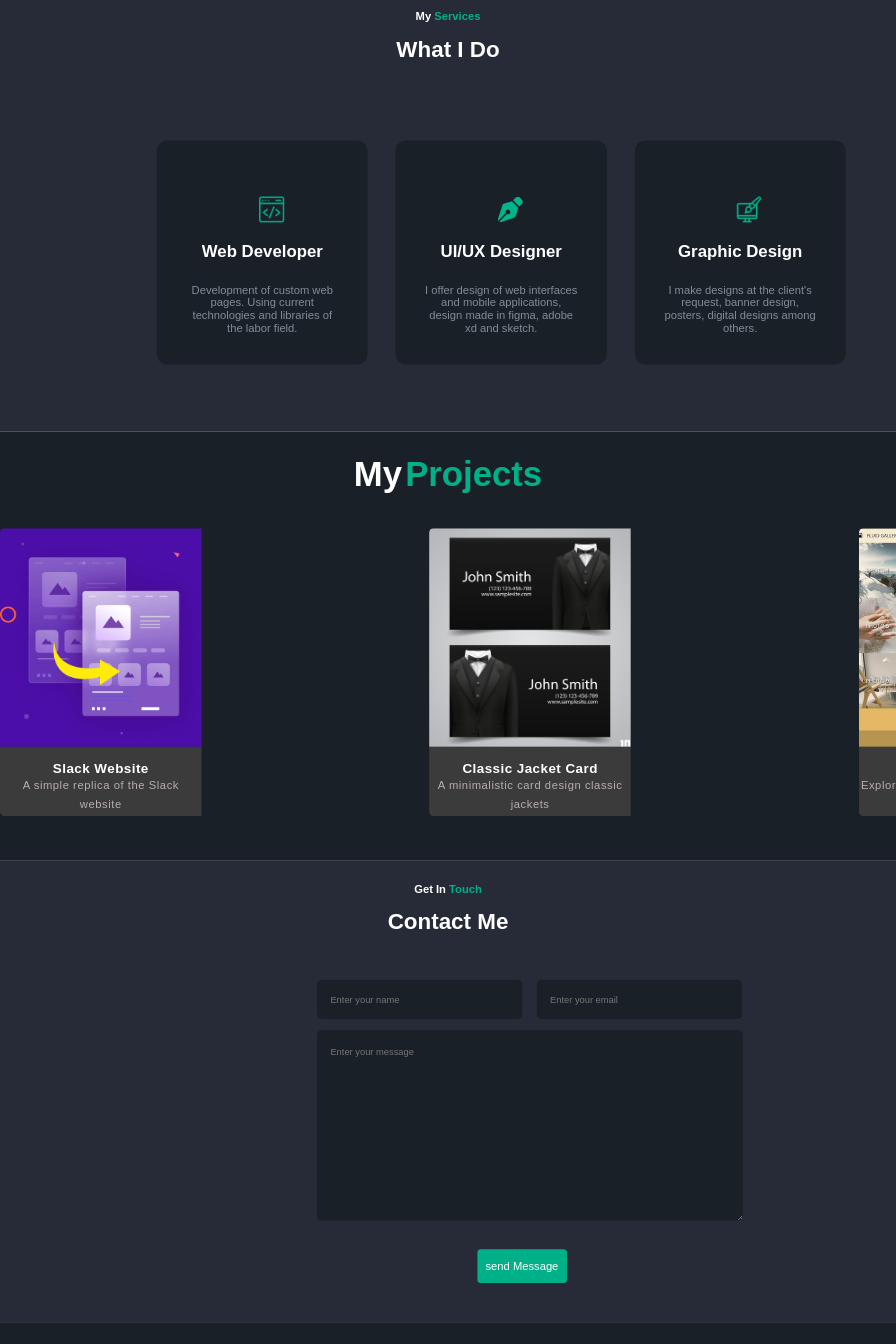
Repository: PraffulPatel27/Portfolio_2.0
Page: index.html
An editor plug-in stored every save of this project. The page is shown before and after the next save, followed by the edit.
The browser window is 1280 px wide. The pictures show the part of the page from y = 1714 to 3634 px (the page is 3906 px tall), at 70% of full size.

Above is the page before, as saved 2024-01-30 15:10:28.

### index.html
<!DOCTYPE html>
<html lang="en">
<head>
    <meta charset="UTF-8">
    <meta name="viewport" content="width=device-width, initial-scale=1.0">
    <title>Portfolio website complete</title>
    <link rel="stylesheet" href="style.css">
</head>
<body>

  <div class="container-first">
    <!-- /*********************** nav bar **************************/ -->
        <nav class="header">
            <h1>Portfolio</h1>

            <div class="nav-bar">
                <ul>
                    <li class="c1">Home</li>
                    <li> <a id="unique" href="#about">About</a></li>
                    <li>Services</li>
                    <li>Projects</li>
                    <li>Contact</li>
                </ul>
            </div>

        </nav>
        <!-- <div class="head-1"></div> -->



    <!-- /*********************** Section - 1 **************************/ -->
    <div class="first-main-content">
      <div class="left-content">
        <!-- <h1> Hi, </h1> -->
        <p class="ch"> Hello, </p>
        <p class="ch" id="bl"> I'm  </p>
        <h1 id="name-author"> Prafful Patel</h1>
        <h1> Front-end Developer </h1>

        <button class="btn" role="button"> Contact </button>
        <div class="social">
            <img src="images/insta.svg">
            <img src="images/fb.svg">
            <img src="images/github.svg">
        </div>
    </div>

   <img class="pic" src="images/profile-pic-circle.png">
   </div>


    <!-- /*********************** Section - 2 **************************/ -->
    <div class="section-2">
            <p class="heading-about"> About </p>

        <div class="front-2_under">
            <div class="left-content">
                <img class="left-img" src="images/image-portfolio.jpg">
            </div>

            <div class="right-para" id="about">
                <p class="heading-2"> I'am Prafful </p>
                <p class="description"> I'm Prafful Patel, a B.Tech. student specializing in AIML and
                    deiving into frontend development. With an unyielding passion
                    for emerging technologies, I'm committed to exploring the
                    digital frontier. My foundation in AIML, coupled with my
                    growing frontend skills, fuels my drive to push technological
                    boundaries and contribute to the ever-evolving tech
                    landscape. Thank you for visiting my portfolio; I eagerly
                    anticipate connecting with fellow enthusiasts and
                    organizations to shape the future of technology. </p>
            </div>
        </div>

    </div>


    <!-- /*********************** Section - 3 **************************/ -->

    <div class="section-3">
        <div class="bx-1">
            <p class="sm" > Favorite </p>
            <p class="sm" id="fsm"> Skills</p>
            <h1> My Skills</h1>

            <p class="skills-info">See fully what skills I have and perform, to
                develop the projects for you.</p>
            <button class="see-project"> See Projects </button>
        </div>

        <div class="bx-2">
          <div class="skill-nm">
            <p class="sl">01. </p>
            <p class="sl" id="lsm">HTML & CSS</p>
          </div>

          <div class="skill-nm">
            <p class="sl">02. </p>
            <p class="sl" id="lsm">JavaScript</p>
          </div>

          <div class="skill-nm">
            <p class="sl">03. </p>
            <p class="sl" id="lsm">Bootstrap</p>
          </div>

          <div class="skill-nm">
            <p class="sl">04. </p>
            <p class="sl" id="lsm">React</p>
          </div>
        </div>

        <div class="bx-2" id="bx-2_2">
            <div class="skill-nm">
                <p class="sl">05. </p>
                <p class="sl" id="lsm">Git & GitHub</p>
              </div>

              <div class="skill-nm">
                <p class="sl">06. </p>
                <p class="sl" id="lsm">Figma</p>
              </div>

              <div class="skill-nm">
                <p class="sl">07. </p>
                <p class="sl" id="lsm">C++</p>
              </div>
        </div>
    </div>


    <!-- /*********************** Section - 4 **************************/ -->
    <div class="section-4">
      <div class="head-4">
        <p class="sl" id="lsm">My</p>
        <p class="sl">Services</p>
      </div>

      <h1>What I Do</h1>

      <div class="do-box">
         <div class="box-1">
            <img src="./images/web-development.png">
            <h2>Web Developer</h2>
            <p>Development of custom web
                pages. Using current technologies
                and libraries of the labor field.</p>
         </div>

         <div class="box-1">
            <img src="./images/ui-ux-designe.svg">
            <h2>UI/UX Designer</h2>
            <p>I offer design of web interfaces and
                mobile applications, design made
                in figma, adobe xd and sketch.</p>
         </div>

         <div class="box-1">
            <img src="./images/graphic-design.png">
            <h2>Graphic Design</h2>
            <p>I make designs at the client's
                request, banner design, posters,
                digital designs among others.</p>
         </div>
      </div>
    </div>


    <!-- /*********************** Section - 5 **************************/ -->
    <div class="section-5">
        <div class="head-5">
          <h1 class="sl" id="lsm">My</h1>
          <h1 class="sl">Projects</h1>
        </div>


        <!-- <div class="grid">
          <div class="grid-item">
              <div class="card">
                  <img src="images/slack-website.png">
                  <div class="card-content">
                      <h1 class="card-header">Slack Website</h1>
                      <p class="card-text">A simple replica of the Slack website
                      </p>

                      <button class="card-btn">
                          Link <span>&rarr;</span>
                      </button>
                  </div>
              </div>
          </div> -->



        <div class="projects-box">
          <div class="part-2">
            <div class="pro-1">
              <img src="./images/slack-website.png">

              <div class="project-info">
                <h2> Slack Website</h2>
                <p>A simple replica of the Slack website</p>
              </div>
            </div>
          </div>

          <div class="part-2">
            <div class="pro-1">
              <img src="./images/card.jpg">

              <div class="project-info">
                <h2> Classic Jacket Card</h2>
                <p>A minimalistic card design classic jackets</p>
              </div>
            </div>
          </div>

          <div class="part-2">
            <div class="pro-1">
              <img src="./images/img-gallery.jpg">

              <div class="project-info">
                <h2> Image Gallery</h2>
                <p>Explore a simple and elegant image gallery</p>
              </div>
            </div>
          </div>

            <!-- <div class="pro-1">
                <img src="./images/project-img-4.jpg">
            </div>

            <div class="pro-1">
                <img src="./images/Work-7.png">
            </div>

            <div class="pro-1">
                <img src="./images/Work-6.png">
            </div> -->

         </div>
    </div>


    <!-- /*********************** Section - 6 **************************/ -->
    <div class="section-6">
        <div class="head-6">
          <p class="sl" id="lsm">Get In </p>
          <p class="sl">Touch</p>
        </div>

        <h1>Contact Me</h1>

        <div class="contact">
          <div class="contact-box-1">
            <input type="name" class="fs-input" placeholder="Enter your name">
            <input type="email" class="fs-input" placeholder="Enter your email">
          </div>

          <div class="contact-box-2">
            <textarea type="text" id="contact-message" placeholder="Enter your message"></textarea>
          </div>
        </div>
        <button class="contact-btn"> send Message </button>
    </div>


    <!-- /*********** footer section here ************/ -->
    <footer>
          <div class="footer-head">
            <p style="color: #00B089;"> Front-end Developer</p>
            <h1 style="color: #fff; margin-left: -1.2rem; margin-top: 0.6rem;"> Prafful Patel</h1>
          </div>

          <div class="foot-icons-link">
            <img id="fb-icon" src="images/fb.svg">
            <img src="images/insta.svg">
            <img src="images/twitter-line.svg">
            <img src="images/linkedin.svg">
            <img src="./images/github.svg">
          </div>

            <div class="foot-terms">
               <p class="terms"> Terms of Use . Privacy Policy </p>
               <p class="terms"> © 2023 copyright all right reserved </p>
            </div>
    </footer>

  </div>

</body>
</html>

### style.css
* {
    margin: 0;
    padding: 0;
    box-sizing: border-box;
    font-family: 'Poppins' , sans-serif;
    scroll-behavior: smooth;
    overflow-x: hidden;
}
.container-first {
    display: flex;
    flex-direction: column;
    flex-wrap: wrap;
    width: 100vw;
    align-items: center;
}
.main-con {
    margin-left: 10%;
    margin-right: 10%;
}

/*********************** Nav bar **************************/
.header {
    min-height: 90%;
    width: 100%;
    background-position: center;
    background-size: cover;
    position: relative;
    background-color: #192027;
    color: #fff;
}
nav {
    display: flex;
    padding: 1.6% 4%;
    align-items: center;
    justify-content: center;
}
.nav-bar {
    flex: 1;
    text-align: right;
}
.nav-bar ul li {
    list-style: none;
    display: inline-block;
    padding: 8px 18px;
    position: relative;
    /* font-weight: bold; */
    cursor: pointer;
    font-size: 0.88rem;
}
#unique {
    text-decoration: none;
    color: #fff;
}
#unique:hover {
    color: #00B089;
}
.nav-bar ul li::after  {
    content: '';
    width: 0%;
    height: 3.5px;
    background-color: #00B089;
    display: block;
    margin: auto;
    transition: 0.80s;
}
.nav-bar ul li:hover::after {
    width: 100%;
}
.nav-bar ul li:hover {
    color: #00B089;
}
nav h1 {
    font-size: 2rem;
    color: #00B089;
    margin-left: 1.7rem;
}

/*********************** Section - 1 **************************/
.first-main-content {
    width: 100%;
    background-color: #192027;
    padding-bottom: 7%;
    display: flex;
    justify-content: space-evenly;
    align-items: center;
    flex-direction: row;
    flex-wrap: wrap;
    align-items: center;
    /* border: 2px solid black; */
}
.left-content {
    padding-top: 5%;
    padding-left: 10%;
    /* border: 2px solid black; */
}
.ch {
    display: inline;
    font-size: 33px;
    color: #fff;
}
#bl {
    color: #00B089;
}
#name-author {
    color: #00B089;
    margin-top: 1.2%;
    font-size: 3.3rem;
    margin-left: 0.1%;
}
.left-content h1 {
    line-height: 60px;
    color: #fff;
    font-size: 25px;
}

/* CSS */
.btn {
  appearance: none;
  background-color: #fff;
  border-radius: 15px;
  box-sizing: border-box;
  color: #3B3B3B;
  cursor: pointer;
  display: inline-block;
  font-family: Roobert,-apple-system,BlinkMacSystemFont,"Segoe UI",Helvetica,Arial,sans-serif,"Apple Color Emoji","Segoe UI Emoji","Segoe UI Symbol";
  font-size: 16px;
  font-weight: 600;
  line-height: normal;
  margin: 0;
  min-height: 60px;
  min-width: 0;
  outline: none;
  padding: 16px 24px;
  text-align: center;
  text-decoration: none;
  transition: all 300ms cubic-bezier(.23, 1, 0.32, 1);
  user-select: none;
  -webkit-user-select: none;
  touch-action: manipulation;
  width: 10%;
  height: 3rem;
  margin-top: 7%;
  margin-left: 0.5%;
  will-change: transform;
}
.btn:disabled {
  pointer-events: none;
}
.btn:hover {
  color: #fff;
  background-color: #192027;
  box-shadow: rgba(0, 0, 0, 0.25) 0 8px 15px;
  transform: translateY(-2px);
  border: 2px solid #fff;
}
.btn:active {
  box-shadow: none;
  transform: translateY(0);
}

/* .btn {
    width: 10%;
    height: 3rem;
    margin-top: 7%;
    margin-left: 0.5%;
    border-radius: 10px;
    background: #00B089;
    border: none;
    cursor: pointer;
    color: white;
    font-size: 1rem;
    text-align: center;
}
.btn:hover {
    box-shadow: 0px 0px 30px #00B089;
    transition: 0.2s;
} */
.social {
    margin-top: 4%;
    margin-left: -1%;
    /* border: 2px solid black; */
}
.social img {
    width: 3%;
    padding-left: 1%;
    cursor: pointer;
    /* background: none; */
}
.pic {
    width: 20rem;
    margin-top:5%;
    margin-right: -62%;
    flex-wrap: wrap;
    position: absolute;
}

/*********************** Section - 2 **************************/
.section-2 {
    width: 100%;
    flex-wrap: wrap;
    align-items: center;
    display: flex;
    position: none;
    justify-content: space-evenly;
    background-color: #272A37;
    /* border: 2px solid red; */
}
.heading-about {
    text-align: center;
    margin-top: 5%;
    color: #00B089;
    font-size: 2.2rem;
    font-weight: 700;
    text-decoration: underline;
}
.front-2_under {
    display: flex;
    flex-direction: row;
    justify-content: space-evenly;
    align-items: center;
    margin-top: 2%;
    margin-left: 6.5%;
    margin-right: 9%;
    margin-bottom: 6%;
    /* border: 2px solid red; */
}
.left-content {
    flex: 1;
}
.left-content .left-img {
    width: 60%;
    max-width: 100%;
    height: auto;
    border-radius: 1%;
}
.right-para {
    flex: 1;
}
.heading-2 {
    font-size: 2.5rem;
    line-height: 70px;
    color: #fff;
}
.description {
    color: #858B96;
    letter-spacing: 1.5px;
    line-height: 28px;
    margin-top: 2%;
}

 /*********************** Section - 3 **************************/
 .section-3 {
    width: 100%;
    height: 28rem;
    padding-top: 5%;
    flex-wrap: wrap;
    display: flex;
    /* flex-direction: row; */
    padding-left: 10%;
    padding-right: 10%;
    background-color: #192027;
    /* border: 2px solid black; */
}
.sm {
    color: #fff;
    display: inline;
    font-weight: 700;
    font-size: 15px;
}
#fsm {
    color: #00B089;
}
.bx-1 h1 {
    margin-top: 2.8%;
    color: #fff;
}
.skills-info {
    color: #858B96;
    margin-top: 8%;
    margin-bottom: 4.5%;
    font-size: 15px;
}
.bx-1 {
    /* border: 2px solid green; */
    overflow: hidden;
    width: 38%;
    height: 94%;
    padding-top: 5%;
    padding-left: 12%;
    margin-right: 3%;
}
.see-project {
    width: 40%;
    height: 3rem;
    margin-top: 15%;
    margin-left: 0.5%;
    border-radius: 6px;
    background: #00B089;
    border: none;
    cursor: pointer;
    color: white;
    font-size: 0.88rem;
    text-align: center;
}
.see-project:hover {
    box-shadow: 0px 0px 30px #00B089;
    transition: 0.2s;
}

.bx-2 {
    /* border: 2px solid red; */
    width: 27%;
    margin-top: 8%;
    padding-left: 10%;
}
#bx-2_2 {
    padding-left: 3%;
}
.skill-nm {
    margin-bottom: 10%;
}
.sl {
    color: #00B089;
    display: inline;
}
#lsm {
    color: #fff;
}

/*********************** Section - 4 **************************/
.section-4 {
    width: 100%;
    /* height: 30rem; */
    background-color: #272A37;
    padding-bottom: 4rem;
}
.head-4 {
    text-align: center;
    font-weight: 700;
    margin-top: 2.5%;
}
.section-4 h1 {
    margin-top: 1.5%;
    text-align: center;
    color: #fff;
}
.do-box {
    /* border: 1.5px solid white; */
    display: flex;
    margin-top: 5rem;
    /* margin-left: 5rem; */
    /* margin-right: 5rem; */
    padding: 2rem 2rem 2rem 14rem;
}
.box-1 {
    /* border: 1.5px solid orange; */
    width: 21rem;
    height: 20rem;
    border-radius: 15px;
    margin-right: 2.5rem;
    background-color: #192027;
}

.box-1:hover {
    border: 1px solid #00B089;
}
.box-1 img {
    width: 12%;
    margin: 5rem 0 0 9.1rem;
}
.box-1 h2 {
    text-align: center;
    color: #fff;
    margin-top: 1.5rem;
}
.box-1 p {
    color: #858B96;
    margin-top: 2rem;
    text-align: center;
    padding-left: 2.5rem;
    padding-right: 2.5rem;
}

/*********** Section - 5 ***********/
.section-5 {
    width: 100%;
    background-color:#192027;
    padding-bottom: 4rem;
}
.section-5 h1 {
    font-size: 3.1rem;
}
.head-5 {
    text-align: center;
    font-weight: 700;
    margin-top: 2.5%;
}
.projects-box {
    margin-top: 3rem;
    /* display: grid;
    flex-wrap: wrap;
    justify-content: space-evenly;
    padding: 2rem 8rem 2rem 8rem; */
    /* border: 1px solid #00B089; */

    display: grid;
    width: 114em;
    grid-gap: 1rem;
    grid-template-columns: repeat(auto-fit, minmax(30rem, 1fr));
    align-items: start;
}
.part-2 {
    border-radius: 0.4rem;
    overflow: hidden;
    /* box-shadow: 0 3rem 6rem rgba(0, 0, 0, 0.1); */
    cursor: pointer;
    transition: 0.2s;
}
.part-2:hover {
    transform:  translateY(-0.5%);
    /* box-shadow: 0 4rem 8rem rgba(0, 0, 0, 0.5); */
}
.pro-1 {
    /* border: 1px solid #00B089; */
    /* border-radius: 12px;
    display: flex;
    align-items: center;
    justify-content: center;
    margin: 1.5rem 1.5rem 1.5rem 1.5rem; */
}
.pro-1 img {
    display: block;
    object-fit: cover;
    /* border-radius: 16px; */
    width: 18rem;
    height: 19.5rem;
    /* max-width: max-content; */
    /* aspect-ratio: 3/3; */
}
.pro-1 h2 {
    color: #fff;
    font-size: 1.2rem;
    margin-top: 1rem;
    text-align: center;
}
.project-info {
    /* display: flex;
    flex-direction: column;
    text-align: center;
    margin-left: -24rem;
    margin-top: 20.5rem;
    height: 4.5rem;
    line-height: 1.6rem;
    padding: 0.5rem 1rem 0.5rem 1rem;
    background-color: #3B3B3B; */

    width: 18rem;
    text-align: center;
    padding: 0.2rem;
    background-color: #3B3B3B;
}
.project-info h2 {
    color: #fff;
    font-size: 1.2rem;
    letter-spacing: 0.04rem;
}
.project-info p {
    color: rgba(209, 197, 197, 0.83);
    /* font-size: 1rem; */
    letter-spacing: 0.05rem;
    line-height: 1.7;
}


.grid {
    display: grid;
    width: 114em;
    grid-gap: 5rem;
    grid-template-columns: repeat(auto-fit, minmax(30rem, 1fr));
    align-items: start;
    /* border: 2px solid green; */
}
.grid-item {
    background-color: #fff;
    border-radius: 0.4rem;
    overflow: hidden;
    box-shadow: 0 3rem 6rem rgba(0, 0, 0, 0.1);
    cursor: pointer;
    transition: 0.2s;
}
.grid-item:hover {
    transform:  translateY(-0.5%);
    box-shadow: 0 4rem 8rem rgba(0, 0, 0, 0.5);
}
.card-img {
    display: block;
    width: 50%;
    height: 10rem;
    object-fit: cover;
}
.card-header {
    font-size: 3rem;
    font-weight: 500;
    color: #0d0d0d;
    margin-bottom: 1.5rem;
}
.card-text {
    font-size: 1.6rem;
    letter-spacing: 0.1rem;
    line-height: 1.7;
    color: #3d3d3d;
    margin-bottom: 2.5rem;
}
.card-btn {
    display: block;
    width: 100%;
    padding: 1.5rem;
    font-size: 2rem;
    text-align: center;
    color: #3363ff;
    background-origin: #d8e0fd;
    border: none;
    border-radius: 0.4rem;
    transition: 0.2s;
    cursor: pointer;
    letter-spacing: 0.1rem;
}
.card-btn span {
    margin-left: 1rem;
    transition: 0.2s;
}
.card-btn:hover,
.card-btn:active {
    background-color: #c2cffc;
}
.card-btn:hover span,
.card-btn:active span {
    margin-left: 1.5rem;
}


@media only screen and (max-width: 60em) {
    body {
        padding: 3rem;
    }

    .grid {
        grid-row-gap: 3rem;
    }
}

/*********** Section - 6 ***********/
.section-6 {
    width: 100%;
    background-color:#272A37;
    padding-bottom: 3.5rem;
}
.section-6 h1 {
    margin-top: 1.5%;
    text-align: center;
    color: #fff;
}
.head-6 {
    text-align: center;
    font-weight: 700;
    margin-top: 2.5%;
}
.contact {
    /* border: 1px solid #00B089; */
    margin-top: 3.5rem;
    /* height: 21rem; */
    /* padding-left: 25rem; */
}
.contact-box-1 {
    width: 40rem;
    margin-left: 27.8rem;
    padding: 0.5rem 0.5rem 0.5rem 0.5rem;
    /* border: 1px solid #00B089; */
}
.contact-box-2 {
    width: 40rem;
    margin-left: 27.8rem;
    padding: 0.5rem 0.5rem 0.5rem 0.5rem;
    /* border: 1px solid #00B089; */
}
.fs-input {
    width: 47%;
    height: 3.5rem;
    border-radius: 6.5px;
    background-color: #192027;
    color: #858B96;
    padding-left: 1.2rem;
    margin-right: 1rem;
    border: none;
    outline: none;
}
#contact-message {
    width: 38rem;
    height: 17rem;
    border: none;
    padding-left: 1.2rem;
    padding-top: 1.5rem;
    border-radius: 6.5px;
    background-color: #192027;
    color: #858B96;
    outline: none;
}
.contact-btn {
    width: 10%;
    height: 3rem;
    margin-top: 2.2%;
    margin-left: 42.6rem;
    border-radius: 5px;
    background: #00B089;
    border: none;
    cursor: pointer;
    color: white;
    font-size: 1rem;
    text-align: center;
}

 /********** Footer css **********/
footer {
    width: 100%;
    background-color: #192027 !important;
    flex-direction: row;
    padding: 5rem 8rem 0.4rem 41rem;
    /* border: 1px solid #00B089; */
}
.footer-head {
    /* border: 1px solid #00B089; */
    margin-left: -3.6rem;
    width: 20rem;
    padding-left: 5.5rem;
}
.foot-icons-link {
    display: flex;
    width: 20rem;
    height: 4rem;
    margin-top: 2rem;
    margin-left: -4.1rem;
    margin-bottom: 1rem;
    /* border: 1px solid #00B089; */
}
.foot-icons-link img {
    margin-left: 2.2rem;
    width: 8%;
}
#fb-icon {
    width: 8.85%;
}
.footer-btn {
    width: 20%;
    height: 3rem;
    border-radius: 5px;
    background: #00B089;
    border: none;
    cursor: pointer;
    color: white;
    font-size: 1rem;
    text-align: center;
    margin-left: 1.5rem;
}
.foot-terms {
    flex-direction: column;
    /* margin-top: 1.8rem; */
    margin-left: -1.8rem;
    text-align: center;
    width: 16rem;
    /* border: 1px solid #00B089; */
}
.terms {
    color: #fff;
    font-size: 12px;
    margin-bottom: 0.4rem;
}

After the next save:
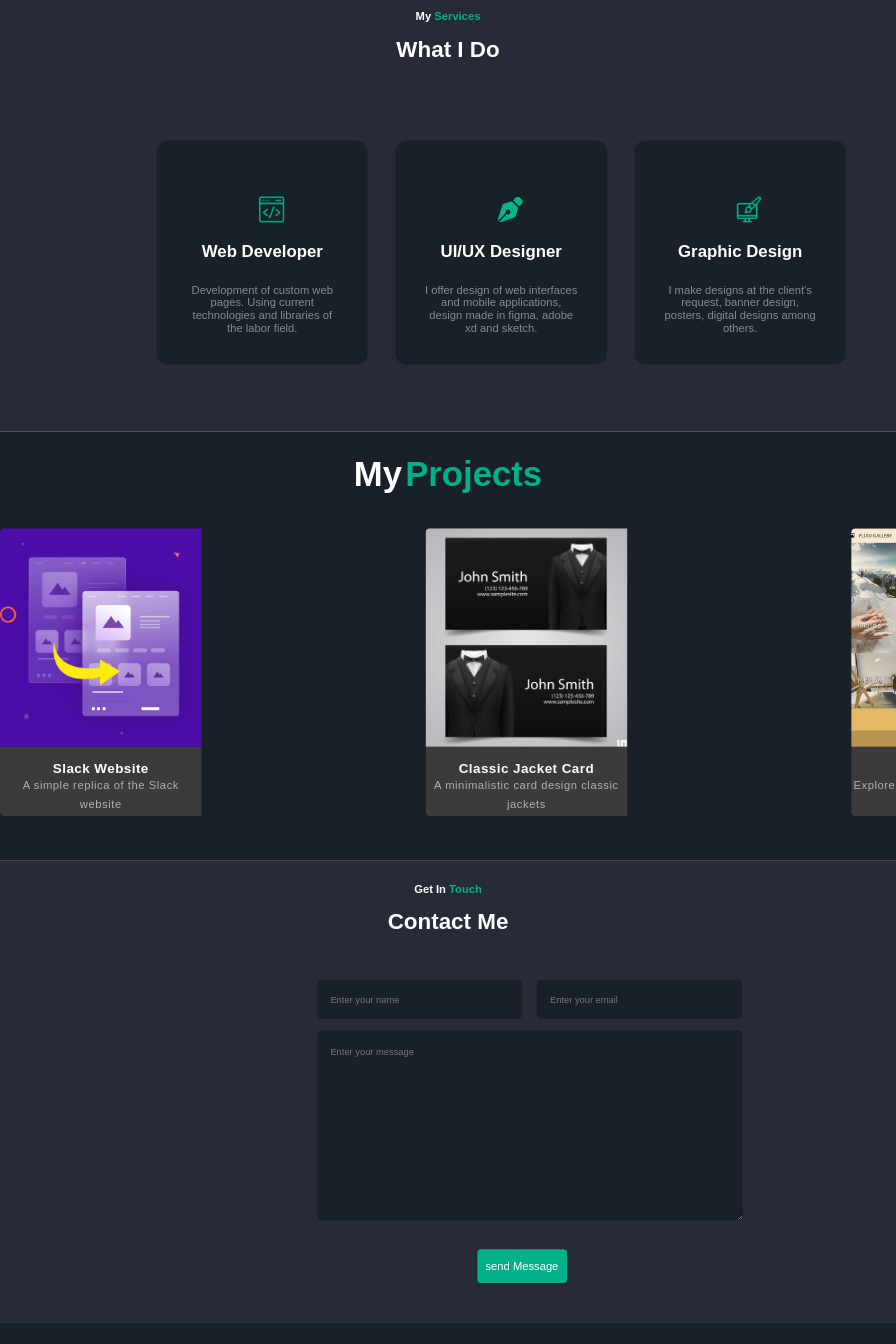
Saved 5 s later.
--- a/style.css
+++ b/style.css
@@ -405,7 +405,7 @@
 
     display: grid;
     width: 114em;
-    grid-gap: 1rem;
+    grid-gap: 0rem;
     grid-template-columns: repeat(auto-fit, minmax(30rem, 1fr));
     align-items: start;
 }
